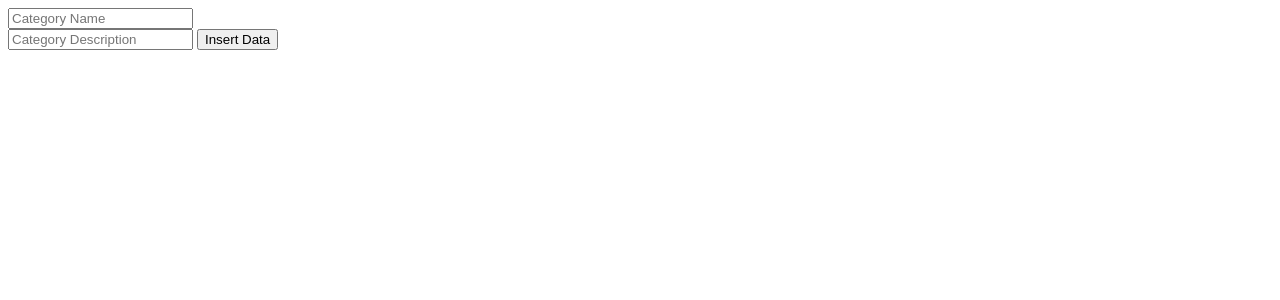
Repository: developerks611/loanweb
Page: http://localhost/loan-web/addcategory.jsp
The author's editor kept a copy of each file at every save. The page is drawn from the files as they stood at one save, then again after the next save.
The browser window is 1280 px wide. The pictures show the whole page.
The page is served by Tomcat 9.

Above is the page before, as saved 2023-03-08 06:56:15.

After the next save:
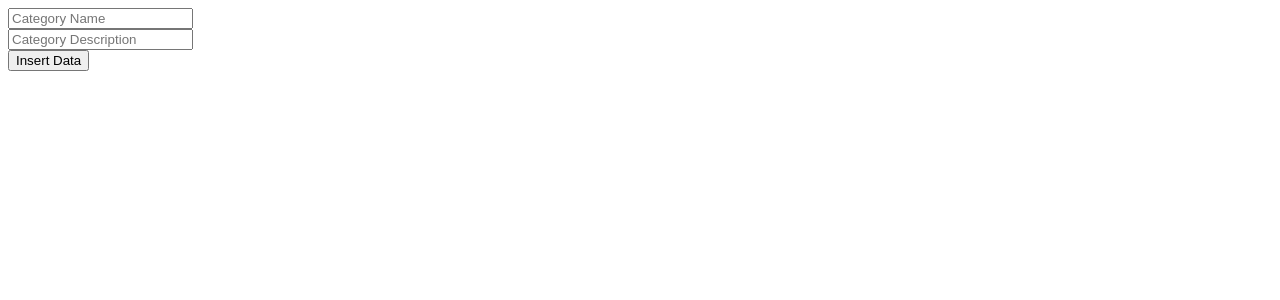
Saved 4 s later.
--- a/loan-web/src/main/webapp/addcategory.jsp
+++ b/loan-web/src/main/webapp/addcategory.jsp
@@ -9,7 +9,7 @@
 <body>
 <form action="Insertcategory" method="post">
 <input type="text" placeholder="Category Name" name="cname"><br>
-<input type="text" placeholder="Category Description" name="cd">
+<input type="text" placeholder="Category Description" name="cd"><br>
 <input type="hidden" name="action" value="inserdata">
 <button type="submit">Insert Data</button>
 </form>
